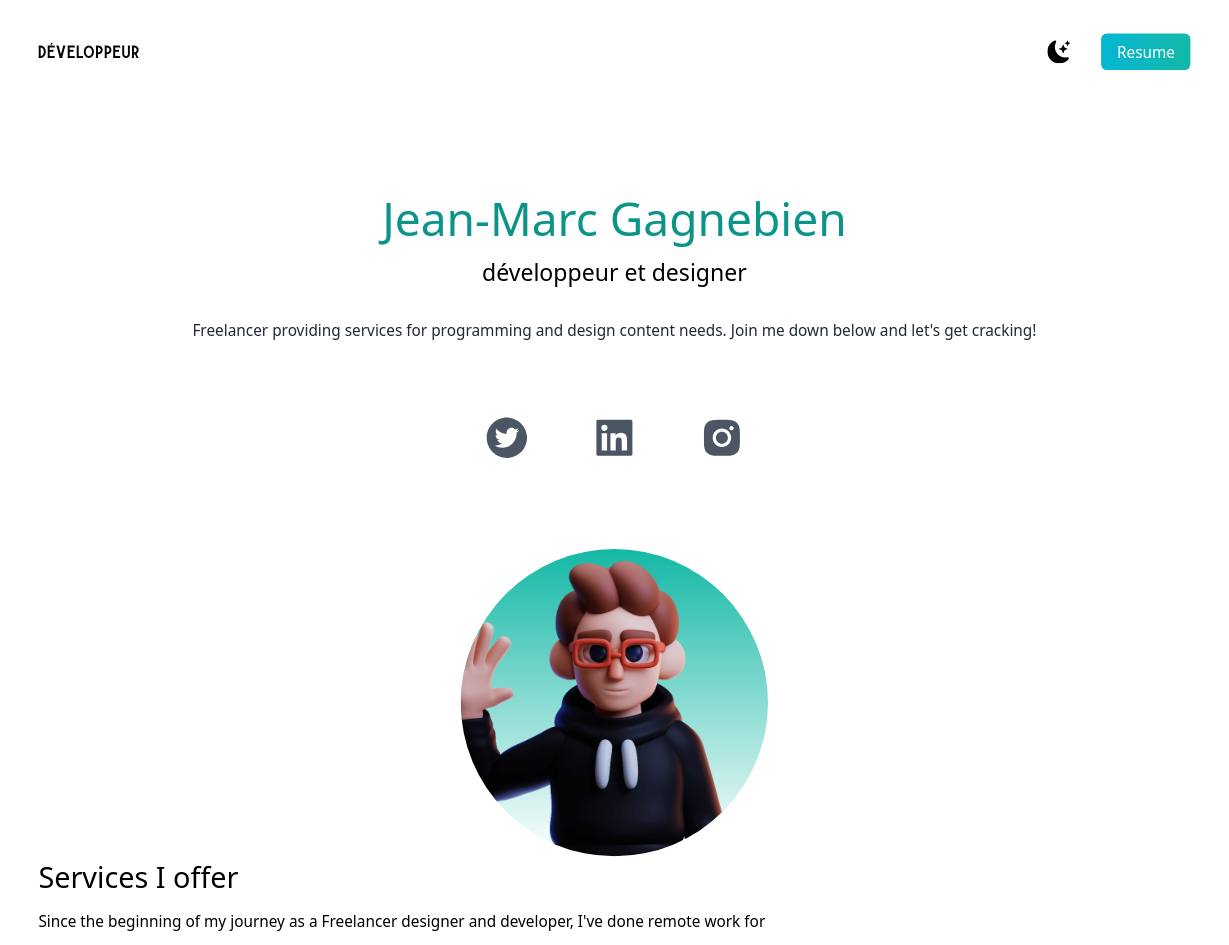
Repository: Jean-MarcG/portfoli_next
Page: /
These files come from the project's save history. The page is drawn as it stood at one moment and after the next save; the edit follows.
The browser window is 1280 px wide. The pictures show the whole page, at 96% of full size.
The project was rebuilt for these pictures with package versions that can differ from the ones it lists, and the page was loaded fresh each time. The framework's server and built-in components were replaced by stand-ins that run in the browser. Also part of the build but not shown: next.config.js.

Above is the page before, as saved 2023-04-01 17:48:43.

After the next save:
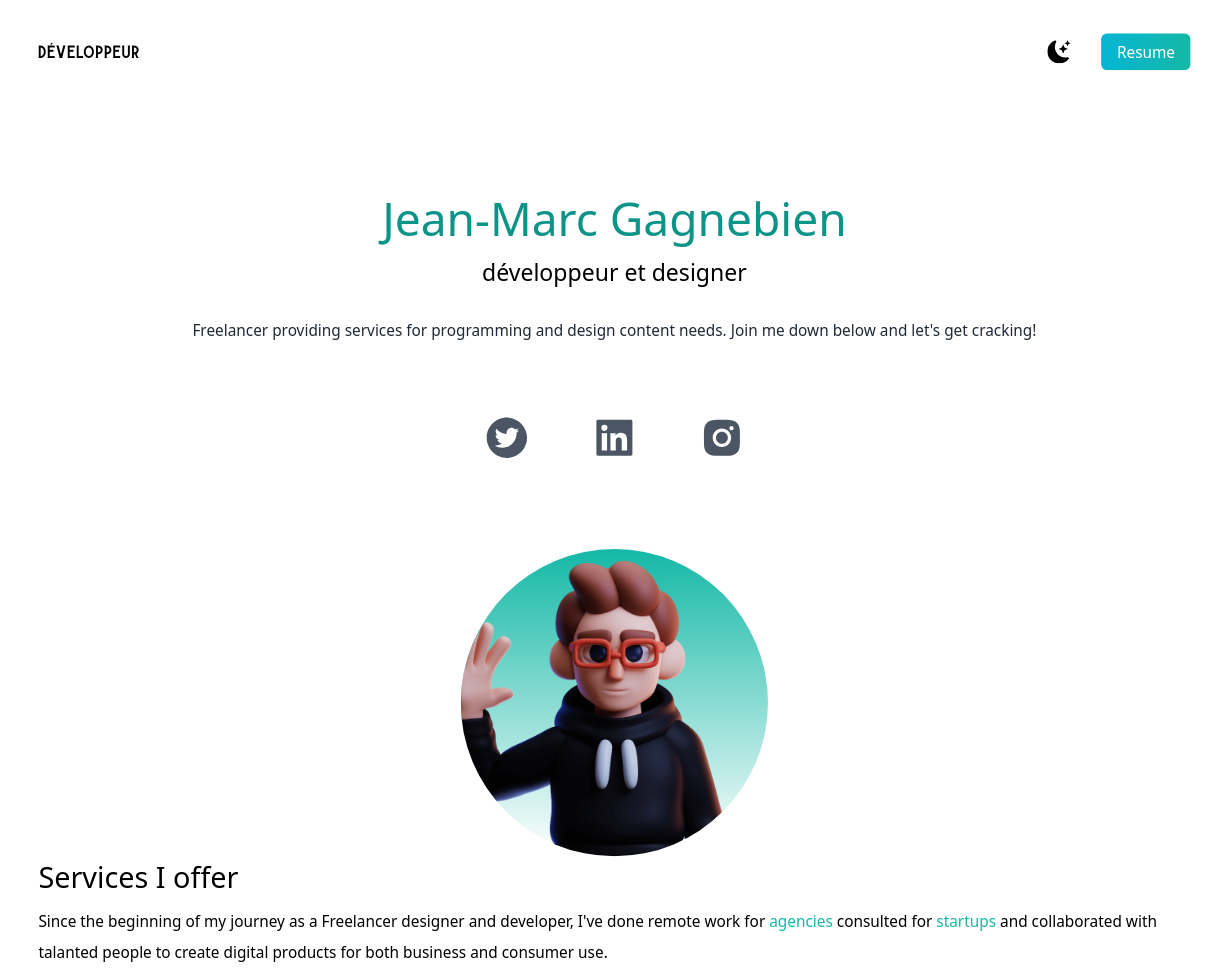
Saved 2 min 14 s later.
--- a/pages/index.js
+++ b/pages/index.js
@@ -48,6 +48,7 @@
             <h3 className='text-3xl py-1'>Services I offer</h3>
             <p className='text-md py-2 leading-8 text-gray-80'>
               Since the beginning of my journey as a Freelancer designer and developer, I've done remote work for
+              <span className='text-teal-500'> agencies </span>consulted for <span className='text-teal-500'> startups </span>and collaborated with talanted people to create digital products for both business and consumer use.
             </p>
           </div>
         </section>
